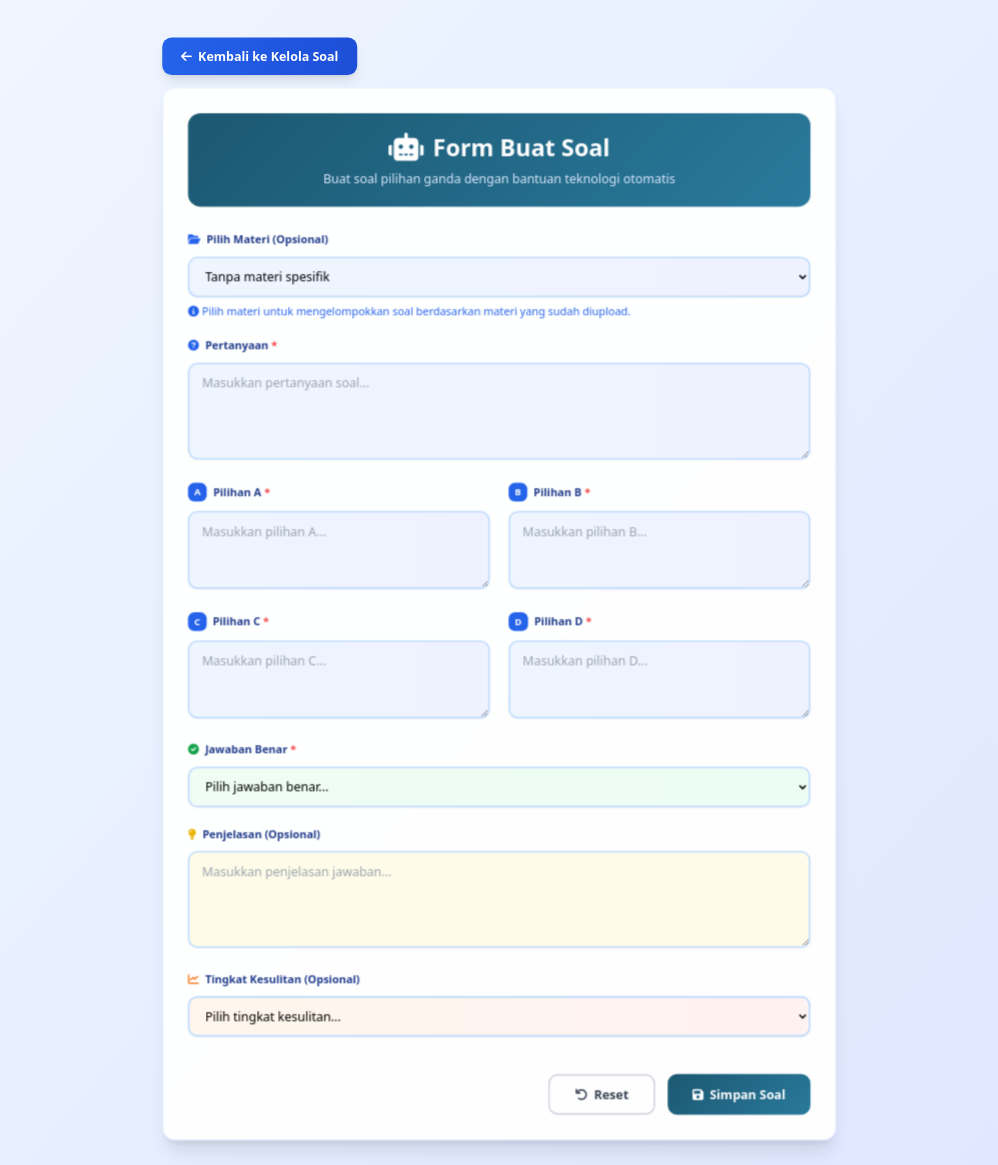
Repository: Autofat/LMS-MOOC
Page: http://localhost/questions/create
These files come from the project's save history. The page is drawn as it stood at one moment and after the next save; the edit follows.
The browser window is 1280 px wide. The pictures show the whole page, at 78% of full size.
Some web libraries are served in a nearby version. The page is served by the project's Laravel application, run on PHP 8.4 with Laravel 12. A made-up administrator, Test User (test@example.com), is signed in. Queries for data that is not in the repository find no rows.

Above is the page before, as saved 2025-08-01 13:28:59.
Console error: TypeError: Cannot set properties of null (setting 'textContent')

After the next save:
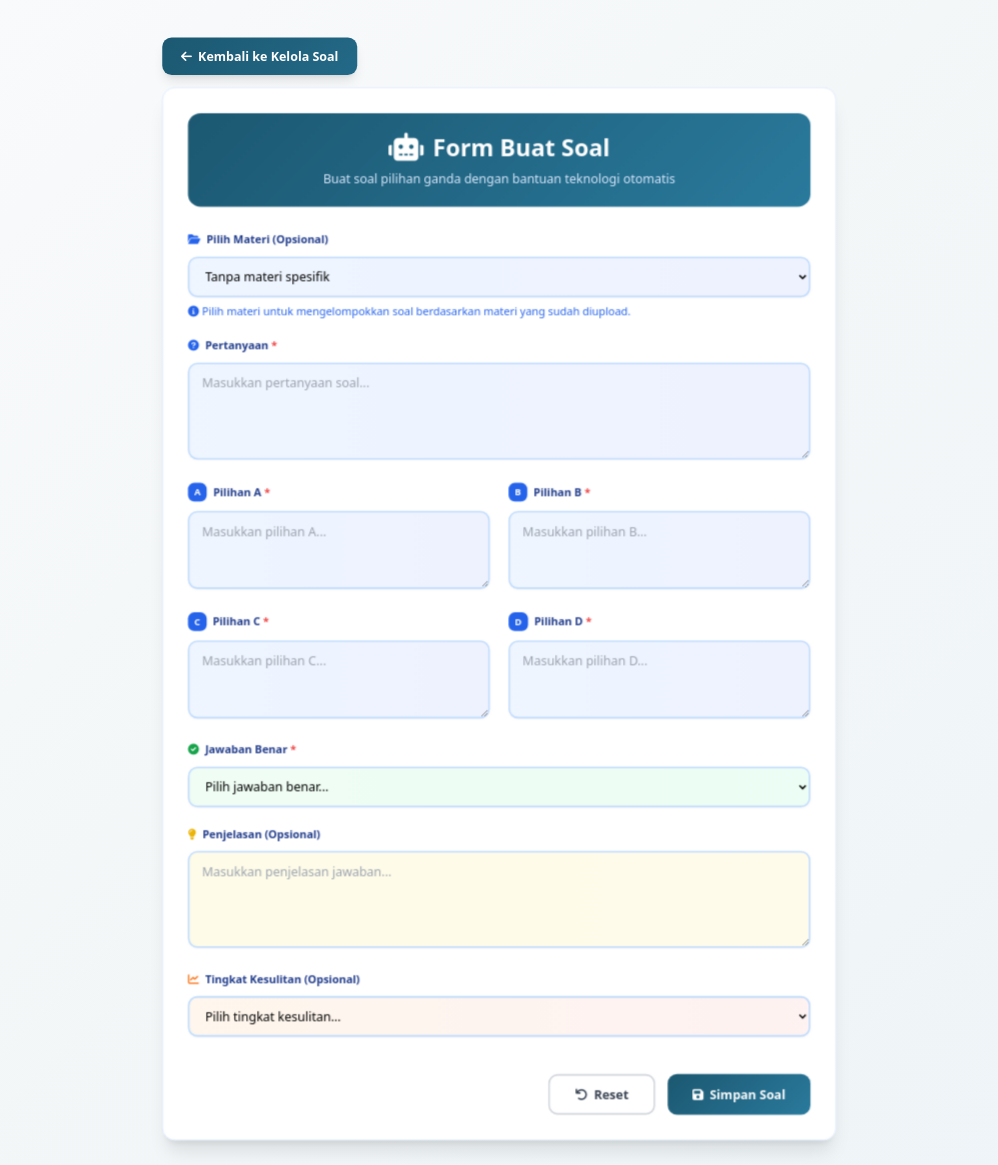
Saved 12 s later.
--- a/resources/views/form.blade.php
+++ b/resources/views/form.blade.php
@@ -14,11 +14,12 @@
     </style>
 </head>
 
-<body class="bg-gradient-to-br from-blue-50 to-indigo-100 min-h-screen py-8">
+<body class="min-h-screen py-8" style="background: linear-gradient(135deg, #f8fafc 0%, rgba(28,88,113,0.05) 50%, rgba(42,122,157,0.08) 100%);">
     <div class="max-w-4xl mx-auto px-4 py-4">
         <div class="flex justify-between items-center">
             <a href="{{ route('questions.manage') }}"
-                class="bg-gradient-to-r from-blue-600 to-blue-700 hover:from-blue-700 hover:to-blue-800 text-white font-bold py-3 px-6 rounded-xl shadow-lg hover:shadow-xl transition-all duration-300 flex items-center space-x-2">
+                class="text-white font-bold py-3 px-6 rounded-xl shadow-lg hover:shadow-xl transition-all duration-300 flex items-center space-x-2"
+                style="background: linear-gradient(135deg, rgba(28,88,113,1) 0%, rgba(35,105,135,1) 100%);">
                 <i class="fas fa-arrow-left"></i>
                 <span>Kembali ke Kelola Soal</span>
             </a>
